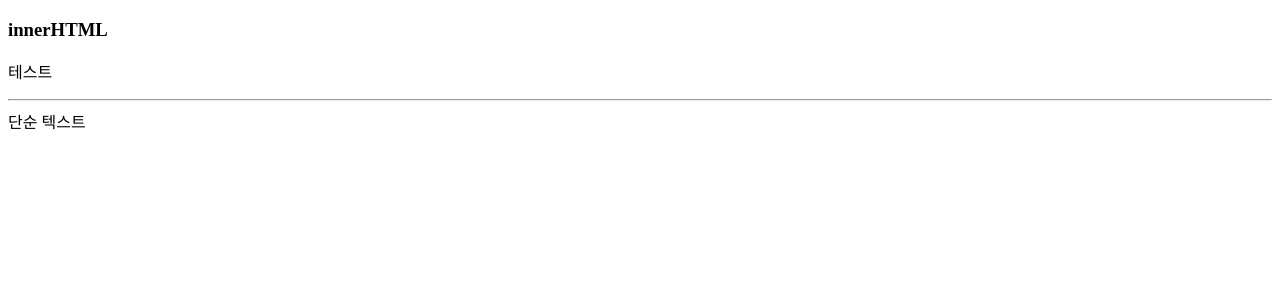
Repository: Baechangho/JavaBasic
Page: workspace_web/Front/src/main/webapp/dom/dom_04.html
The author's editor kept a copy of each file at every save. The page is drawn from the files as they stood at one save, then again after the next save.
The browser window is 1280 px wide. The pictures show the whole page.

Above is the page before, as saved 2023-08-07 07:45:10.

### workspace_web/Front/src/main/webapp/dom/dom_04.html
<!DOCTYPE html>
<html>
<head>
<meta charset="UTF-8">
<title>Insert title here</title>
<script type="text/javascript">
window.onload = function(){
	var content = document.getElementById("content")
	console.log(content)

	//DOM객체.innerHTML 속성
	content.innerHTML = "<h3>innerHTML</h3>"

	console.log(content.innerHTML)

	content.innerHTML += "<p>테스트</p>"
	content.innerHTML += "<hr>"
	content.innerHTML += "단순 텍스트"

	//--------------------------------------------------

	//DOM객체.innerText 속성
	console.log(content.innerText)

}
</script>
</head>
<body>
<div id="content">
CONTENT
</div>

</body>
</html>

After the next save:
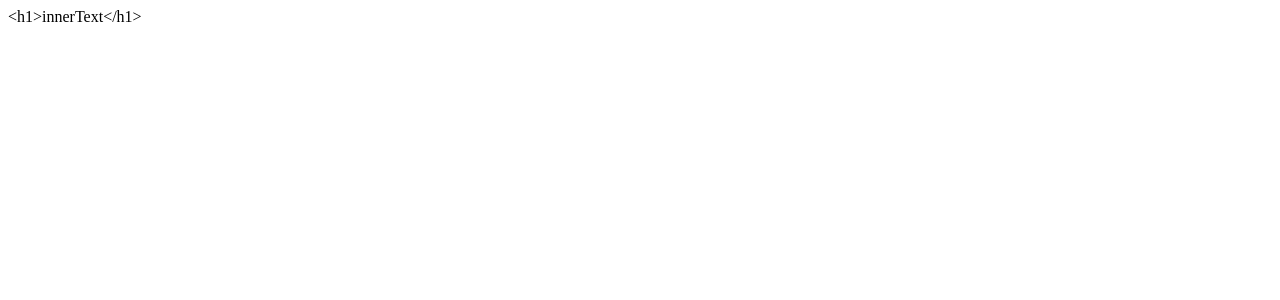
Saved 50 s later.
--- a/workspace_web/Front/src/main/webapp/dom/dom_04.html
+++ b/workspace_web/Front/src/main/webapp/dom/dom_04.html
@@ -22,6 +22,7 @@
 	//DOM객체.innerText 속성
 	console.log(content.innerText)
 
+	content.innerText = "<h1>innerText</h1>"
 }
 </script>
 </head>

After the save that followed:
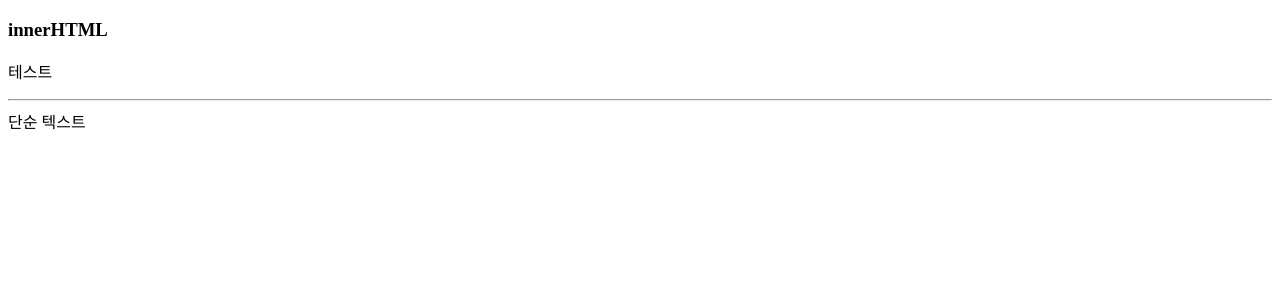
Saved 22 s later.
--- a/workspace_web/Front/src/main/webapp/dom/dom_04.html
+++ b/workspace_web/Front/src/main/webapp/dom/dom_04.html
@@ -22,7 +22,7 @@
 	//DOM객체.innerText 속성
 	console.log(content.innerText)
 
-	content.innerText = "<h1>innerText</h1>"
+// 	content.innerText = "<h1>innerText</h1>"
 }
 </script>
 </head>
